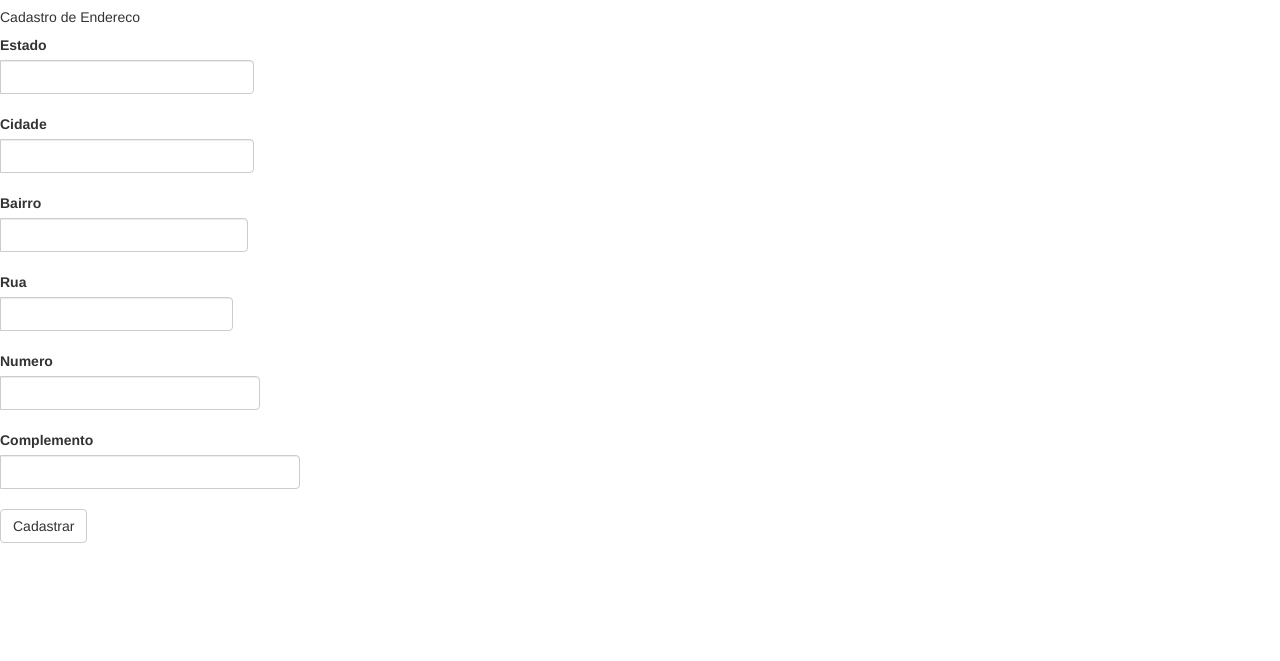
Repository: cadupedrassani/CursoDeJava
Page: Avaliação/BaseAPI/WebApp/src/main/webapp/endereco/cadastro.html
These files come from the project's save history. The page is drawn as it stood at one moment and after the next save; the edit follows.
The browser window is 1280 px wide. The pictures show the whole page.

Above is the page before, as saved 2016-12-05 17:02:28.

### Avaliação/BaseAPI/WebApp/src/main/webapp/endereco/cadastro.html
<!DOCTYPE html>
<html>
<head>
<meta charset="ISO-8859-1">
<title>Insert title here</title>
<link rel="stylesheet" href="/WebApp/resources/css/bootstrap.min.css">
</head>
<body>
<div>
	<h5>Cadastro de Endereco</h5>
</div>
<div class="input-group">
	<label>Estado</label>
	<input id="estado-endereco"
	       type="text"
	       class="form-control"></input>
</div>
</br>

<div class="input-group">
	<label>Cidade</label>
	<input id="cidade-endereco"
	       type="text"
	       class="form-control"></input>
</div>
</br>

<div class="input-group">
	<label>Bairro</label>
	<input id="bairro-endereco"
	       type="text"
	       class="form-control"></input>
</div>
</br>
<div class="input-group">
	<label>Rua</label>
	<input id="rua-endereco"
	       type="text"
	       class="form-control"></input>
</div>

</br>
<div class="input-group">
	<label>Numero</label>
	<input id="numero-endereco"
	       type="text"
	       class="form-control"></input>
</div>
</br>

<div class="input-group">
	<label>Complemento</label>
	<input id="complemento-endereco"
	       type="text"
	       class="form-control"></input>
</div>
</br>
<div class="input-group">
	<button id="cadastrar"
	        type="button"
	        class="btn btn-default gold"
	        onclick="cadastrarEndereco();">Cadastrar</button>
</div>

<div id="modal-mensagens" class="modal fade" tabindex="-1" role="dialog">
	<div class="modal-dialog" role="document">
		<div class="modal-content">
			<div class="modal-header">
				<h5 id="modal-title" class="modal-title"></h5>
			</div>
			<div class="modal-body">
				<label id="modal-mensagem"></label>
			</div>
			<div class="modal-footer">
				<button type="button"
						class="btn btn-default gold"
						data-dismiss="modal">OK</button>
			</div>
		</div>
	</div>
</div>

<script src="/WebApp/resources/js/jquery.min.js"></script>
<script src="/WebApp/resources/js/bootstrap.min.js"></script>
<script src="/WebApp/resources/js/endereco.js"></script>
</body>
</html>

### Avaliação/BaseAPI/WebApp/src/main/webapp/resources/js/endereco.js
function consultarEndereco(){

	var idEndereco = $('#cod-endereco').val();
	var operacao = '/ControleAPI/endereco/listar' + idEndereco;

	$.ajax({
		url: operacao
	}).done(function(data){
		console.log(data);
		if(data.mensagem != null && data.mensagem != ""){
			$('#descricao-endereco').html(data.mensagem);
		} else{
			$('#descricao-endereco').html(data.descricao);
		}
	});
}

function cadastrarEndereco(){

	var estado = $("#estado-endereco").val();
	var enderecoDTO = new Object();
	var operacao = "/ControleAPI/endereco/cadastrarEndereco"

		enderecoDTO.cep = cep;

	$.ajax({
		method: "POST",
		url: operacao,
		data: JSON.stringify(enderecoDTO),
		contentType: "application/json"
	}).done(function (data){
		var mensagem = "";
		var titulo = "";
		if(data.mensagem != undefined && data.mensagem != null && data.mensagem != ''){
			titulo = "Atenção";
			mensagem = data.mensagem;
		}else{
			titulo = 'Sucesso';
			mensagem = "Endereco cadastrado com sucesso.";
		}

		mostrarModal(titulo, mensagem)
	});
}
function mostrarModal(titulo, mensagem){

	$('#modal-title').html(titulo);
	$('#modal-mensagem').html(mensagem);
	$('#modal-mensagens').modal('show');
}

Loaded but not shown: Avaliação/BaseAPI/WebApp/src/main/webapp/resources/css/bootstrap.min.css (library); Avaliação/BaseAPI/WebApp/src/main/webapp/resources/js/jquery.min.js (library); Avaliação/BaseAPI/WebApp/src/main/webapp/resources/js/bootstrap.min.js (library)

After the next save:
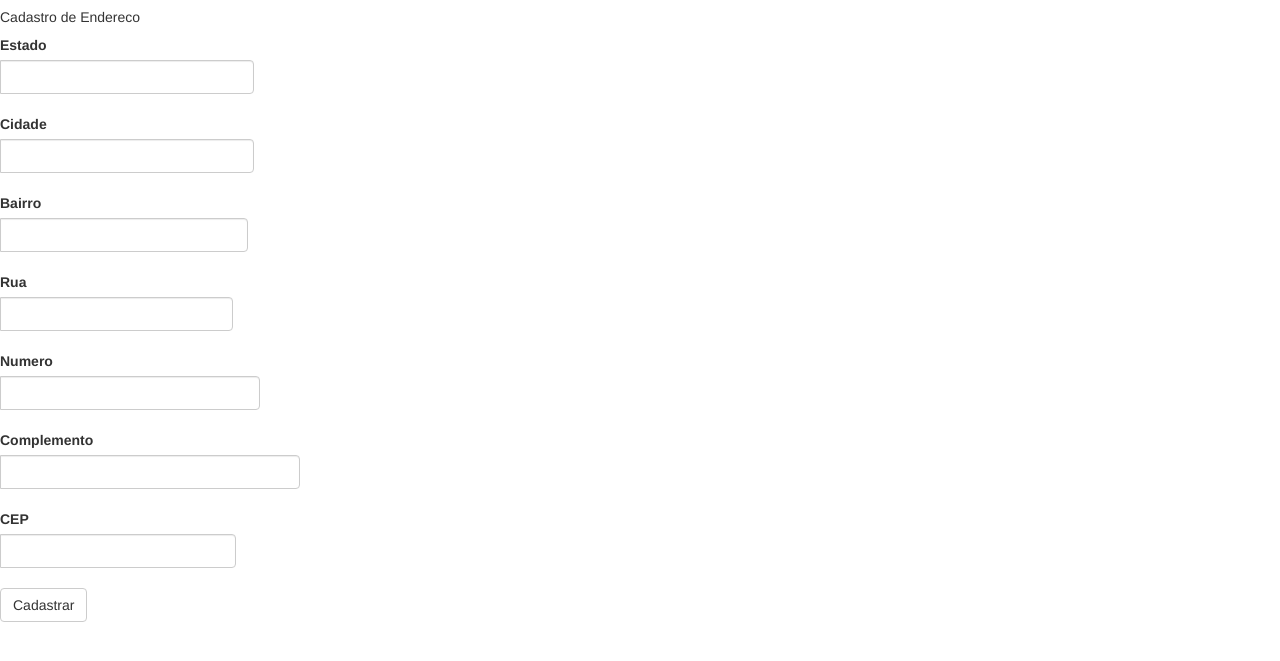
Saved 23 s later.
--- a/Avaliação/BaseAPI/WebApp/src/main/webapp/endereco/cadastro.html
+++ b/Avaliação/BaseAPI/WebApp/src/main/webapp/endereco/cadastro.html
@@ -55,6 +55,15 @@
 	       class="form-control"></input>
 </div>
 </br>
+
+<div class="input-group">
+	<label>CEP</label>
+	<input id="cep-endereco"
+	       type="text"
+	       class="form-control"></input>
+</div>
+</br>
+
 <div class="input-group">
 	<button id="cadastrar"
 	        type="button"
